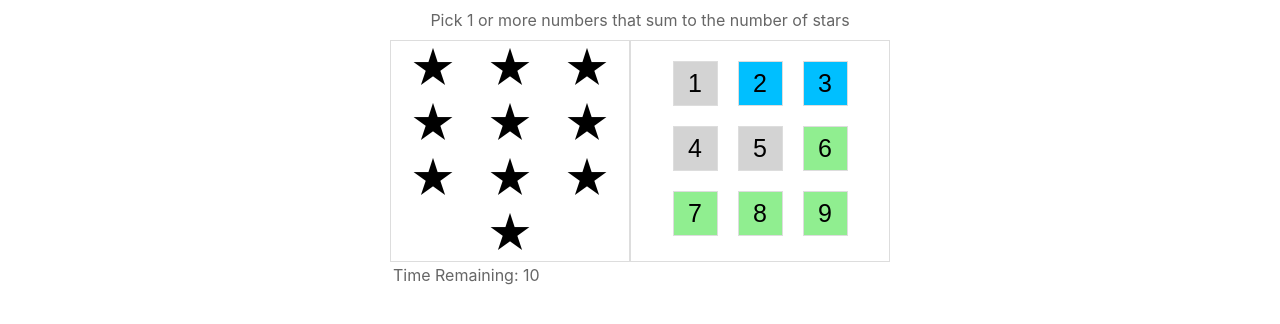
Repository: alicescfernandes/star-match-react-ts
Page: /
An editor plug-in stored every save of this project. The page is shown before and after the next save, followed by the edit.
The browser window is 1280 px wide. The pictures show the whole page.
The project was rebuilt for these pictures with package versions that can differ from the ones it lists, and the page was loaded fresh each time.

Above is the page before, as saved 2020-12-22 00:00:33.

After the next save:
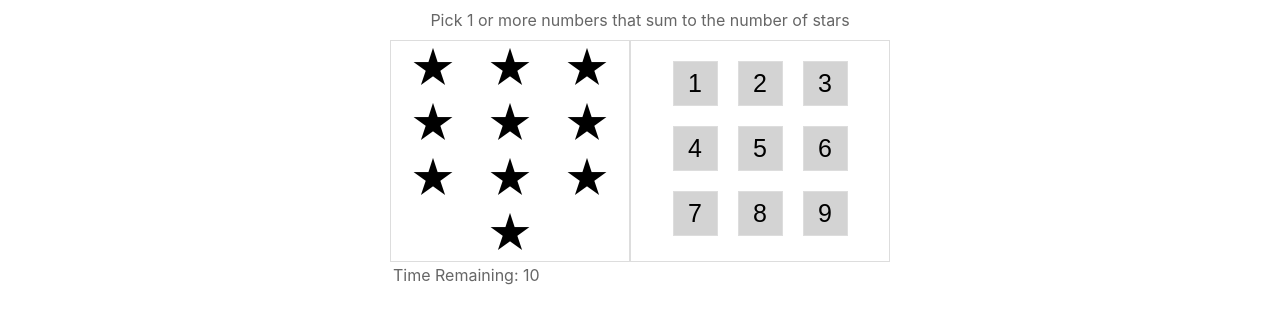
Saved 20 s later.
--- a/src/App.tsx
+++ b/src/App.tsx
@@ -7,8 +7,8 @@ import { StarsDisplay } from "./components/StarsDisplay";
 
 const App = () => {
   const [stars, setStars] = useState(utils.random(1, 9));
-  const [availableNums, setAvailableNums] = useState([1, 2, 3, 4, 5]);
-  const [candidateNums, setCandidateNums] = useState([2, 3]);
+  const [availableNums, setAvailableNums] = useState(utils.range(1, 9));
+  const [candidateNums, setCandidateNums] = useState([]);
 
   const candidatesAreWrong = utils.sum(candidateNums) > stars;
 
